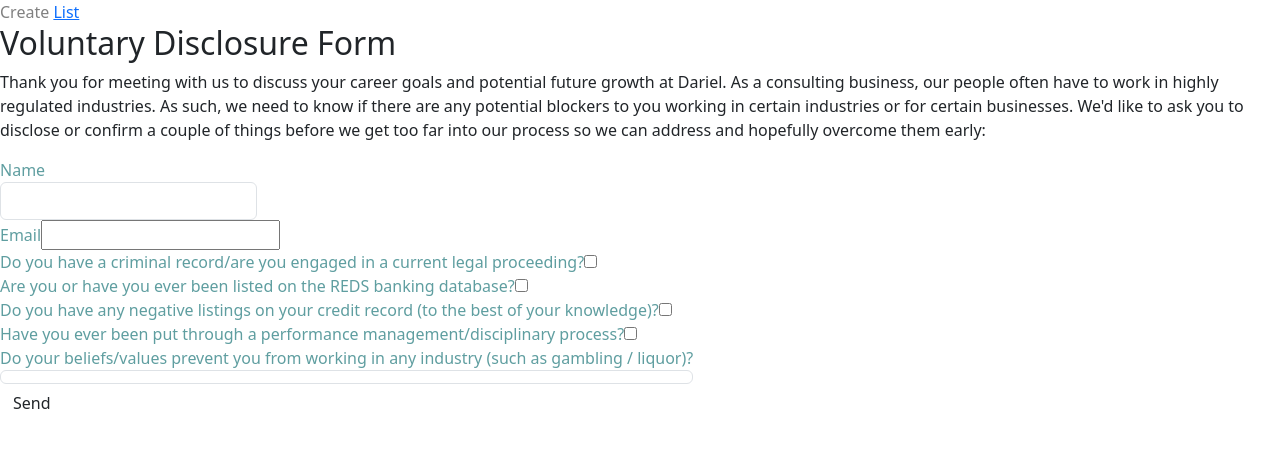
Repository: NtuthukoM/VoluntaryDisclosure
Page: / (app in disclosures-client/)
These files come from the project's save history. The page is drawn as it stood at one moment and after the next save; the edit follows.
The browser window is 1280 px wide. The pictures show the whole page.
The project was rebuilt for these pictures with package versions that can differ from the ones it lists, and the page was loaded fresh each time. Also part of the build but not shown: disclosures-client/src/pages/ListDisclosures.js, disclosures-client/src/pages/DisclosureDetails.js, disclosures-client/src/pages/DisclosureSubmitted.js.

Above is the page before, as saved 2023-05-30 20:35:57.

### disclosures-client/public/index.html
<!DOCTYPE html>
<html lang="en">
  <head>
    <meta charset="utf-8" />

    <meta name="viewport" content="width=device-width, initial-scale=1" />
    <meta name="theme-color" content="#000000" />
    <meta
      name="description"
      content="Web site created using create-react-app"
    />
    <link rel="apple-touch-icon" href="%PUBLIC_URL%/logo192.png" />
    <!--
      manifest.json provides metadata used when your web app is installed on a
      user's mobile device or desktop. See https://developers.google.com/web/fundamentals/web-app-manifest/
    -->
    <link rel="manifest" href="%PUBLIC_URL%/manifest.json" />
    <!--
      Notice the use of %PUBLIC_URL% in the tags above.
      It will be replaced with the URL of the `public` folder during the build.
      Only files inside the `public` folder can be referenced from the HTML.

      Unlike "/favicon.ico" or "favicon.ico", "%PUBLIC_URL%/favicon.ico" will
      work correctly both with client-side routing and a non-root public URL.
      Learn how to configure a non-root public URL by running `npm run build`.
    -->
    <title>React App</title>
  </head>
  <body>
    <noscript>You need to enable JavaScript to run this app.</noscript>
    <div id="root"></div>
    <!--
      This HTML file is a template.
      If you open it directly in the browser, you will see an empty page.

      You can add webfonts, meta tags, or analytics to this file.
      The build step will place the bundled scripts into the <body> tag.

      To begin the development, run `npm start` or `yarn start`.
      To create a production bundle, use `npm run build` or `yarn build`.
    -->
  </body>
</html>

### disclosures-client/src/index.js
import React from 'react';
import ReactDOM from 'react-dom/client';
import './bootstrap.css';
// import './index.css';
import App from './App';
import reportWebVitals from './reportWebVitals';

const root = ReactDOM.createRoot(document.getElementById('root'));
root.render(
  <React.StrictMode>
    <App />
  </React.StrictMode>
);

// If you want to start measuring performance in your app, pass a function
// to log results (for example: reportWebVitals(console.log))
// or send to an analytics endpoint. Learn more: https://bit.ly/CRA-vitals
reportWebVitals();

### disclosures-client/src/App.js
import logo from './logo.svg';
import {CreateDisclosures} from './pages/CreateDisclosure';
import {ListDisclosures} from './pages/ListDisclosures';
import {DisclosureDetails} from './pages/DisclosureDetails';
import {DisclosureSubmitted} from './pages/DisclosureSubmitted';
import { BrowserRouter, Routes, Route } from "react-router-dom";
import './App.css';

function App() {
  return (

      <BrowserRouter>
        <Routes>
          <Route path="/" element={<CreateDisclosures/>} />
          <Route path="/list" element={<ListDisclosures/>} />
          <Route path="/submitted" element={<DisclosureSubmitted/>} />
          <Route path="/details/:id" element={<DisclosureDetails/>} />
        </Routes>
      </BrowserRouter>
  );
}

export default App;

### disclosures-client/src/pages/CreateDisclosure.js
import { useState } from "react";
import { discloseUrl} from '../models/models';
import { Nav} from "../components/nav";
import { redirect } from "react-router-dom";

export function CreateDisclosures(){
    const [fullName, setFullName] = useState('');
    const [email, setEmail] = useState('');
    const [criminalRecord, setCriminalRecord] = useState(false);
    const [redsBankingDbListed, setRedsBankingDbListed] = useState(false);
    const [negativeCreditListing, setNegativeCreditListing] = useState(false);
    const [performanceManagementPlaced, setPerformanceManagementPlaced] = useState(false);
    const [ethicalIndustringRestriction, setEthicalIndustringRestriction] = useState(false);
    const [submitting, setSubmitting] = useState(false);

    function onFormSubmit(e){
        e.preventDefault();
        setSubmitting(true);
        let model = {
            fullName: fullName,
            email: email,
            criminalRecord: criminalRecord,
            redsBankingDbListed: redsBankingDbListed,
            negativeCreditListing: negativeCreditListing,
            performanceManagementPlaced: performanceManagementPlaced,
            ethicalIndustringRestriction: ethicalIndustringRestriction
        }
        const ops = {
            method: 'POST',
            headers: {
                "Content-Type": "application/json",
                // 'Content-Type': 'application/x-www-form-urlencoded',
              },
              redirect: "follow", // manual, *follow, error
              referrerPolicy: "no-referrer", // no-referrer, *no-referrer-when-downgrade, origin, origin-when-cross-origin, same-origin, strict-origin, strict-origin-when-cross-origin, unsafe-url
              body: JSON.stringify(model), // body data type must match "Content-Type" header
        };
        const response = fetch(discloseUrl, ops)
        .then(() => {
            setSubmitting(false);
            console.log('redirecting');
           return redirect("/submitted");
        }).catch(exc => console.log(`error ${exc}`));
    }
    return (
        <>
            <Nav />
            <h2>Voluntary Disclosure Form</h2>
            <p>
                Thank you for meeting with us to discuss your career goals and potential future growth at Dariel.
                As a consulting business, our people often have to work in highly regulated industries.
                As such, we need to know if there are any potential blockers to you working in certain industries or for certain businesses.
                We'd like to ask you to disclose or confirm a couple of things before we get too far into our process so we can address and hopefully overcome them early:
            </p>
            <form onSubmit={onFormSubmit}>


            <div className="form-group">
                <label>
                    Name
                    <input className="form-control" type="text" value={fullName} onChange={(e) => setFullName(e.target.value) } disabled={submitting} />
                </label>
            </div>

            <div>
                <label>
                    Email
                    <input type="text" value={email} onChange={e => setEmail(e.target.value)} disabled={submitting}  />
                </label>
            </div>


            <div>
                <label>
                    Do you have a criminal record/are you engaged in a current legal proceeding?
                    <input type="checkbox" value={criminalRecord} onChange={e => {
                        setCriminalRecord(!criminalRecord);
                        }}  disabled={submitting} />
                </label>
            </div>
            <div>
                <label>
                Are you or have you ever been listed on the REDS banking database?
                    <input type="checkbox"  value={redsBankingDbListed} onChange={e => {
                        setRedsBankingDbListed(!redsBankingDbListed);
                        }}  disabled={submitting} />
                </label>
            </div>
            <div>
                <label>
                Do you have any negative listings on your credit record (to the best of your knowledge)?
                    <input type="checkbox"  value={negativeCreditListing} onChange={e => {
                        setNegativeCreditListing(!negativeCreditListing);
                        }}  disabled={submitting} />
                </label>
            </div>
            <div>
                <label>
                Have you ever been put through a performance management/disciplinary process?
                    <input type="checkbox"  value={performanceManagementPlaced} onChange={e => {
                        setPerformanceManagementPlaced(!performanceManagementPlaced);
                        }}  disabled={submitting} />
                </label>
            </div>
            <div>
                <label>
                Do your beliefs/values prevent you from working in any industry (such as gambling / liquor)?
                    <input type="checkbox" className="form-control"  value={ethicalIndustringRestriction} onChange={e => {
                        setEthicalIndustringRestriction(!ethicalIndustringRestriction);
                        }}  disabled={submitting} />
                </label>
            </div>
            <div>
                <button className="btn btn-default" disabled={submitting}>Send</button>
            </div>
             </form>
        </>
    );
}

### disclosures-client/src/App.css
.App {
  text-align: center;
}

.active {
  color: gray;
  text-decoration: none;
  cursor: default;
}

label {
  color: cadetblue;
}

.App-logo {
  height: 40vmin;
  pointer-events: none;
}

@media (prefers-reduced-motion: no-preference) {
  .App-logo {
    animation: App-logo-spin infinite 20s linear;
  }
}

.App-header {
  background-color: #282c34;
  min-height: 100vh;
  display: flex;
  flex-direction: column;
  align-items: center;
  justify-content: center;
  font-size: calc(10px + 2vmin);
  color: white;
}

.App-link {
  color: #61dafb;
}

@keyframes App-logo-spin {
  from {
    transform: rotate(0deg);
  }
  to {
    transform: rotate(360deg);
  }
}

### disclosures-client/src/models/models.js
export const discloseUrl = 'https://localhost:7163/api/Disclosures';

### disclosures-client/src/components/nav.js
import {NavLink} from "react-router-dom"

export function Nav(){
    return (
        <>
            <nav>
                <NavLink to="/" className={({isActive}) => isActive ? "active" : "go-to"}>Create </NavLink>
                <NavLink to="/list" className={({isActive}) => isActive ? "active" : ""}>List </NavLink>
            </nav>
        </>
    )
}

Loaded but not shown: disclosures-client/src/bootstrap.css (library); disclosures-client/src/reportWebVitals.js (common file)

After the next save:
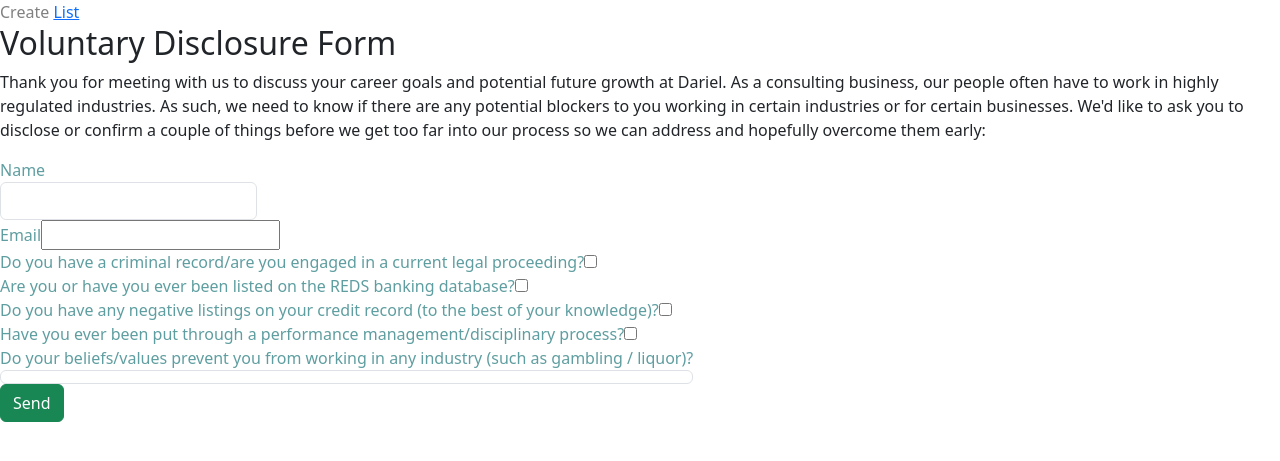
Saved 2 min 21 s later.
--- a/disclosures-client/src/pages/CreateDisclosure.js
+++ b/disclosures-client/src/pages/CreateDisclosure.js
@@ -111,7 +111,7 @@ export function CreateDisclosures(){
                 </label>
             </div>
             <div>
-                <button className="btn btn-default" disabled={submitting}>Send</button>
+                <button className="btn btn-success" disabled={submitting}>Send</button>
             </div>
              </form>
         </>
